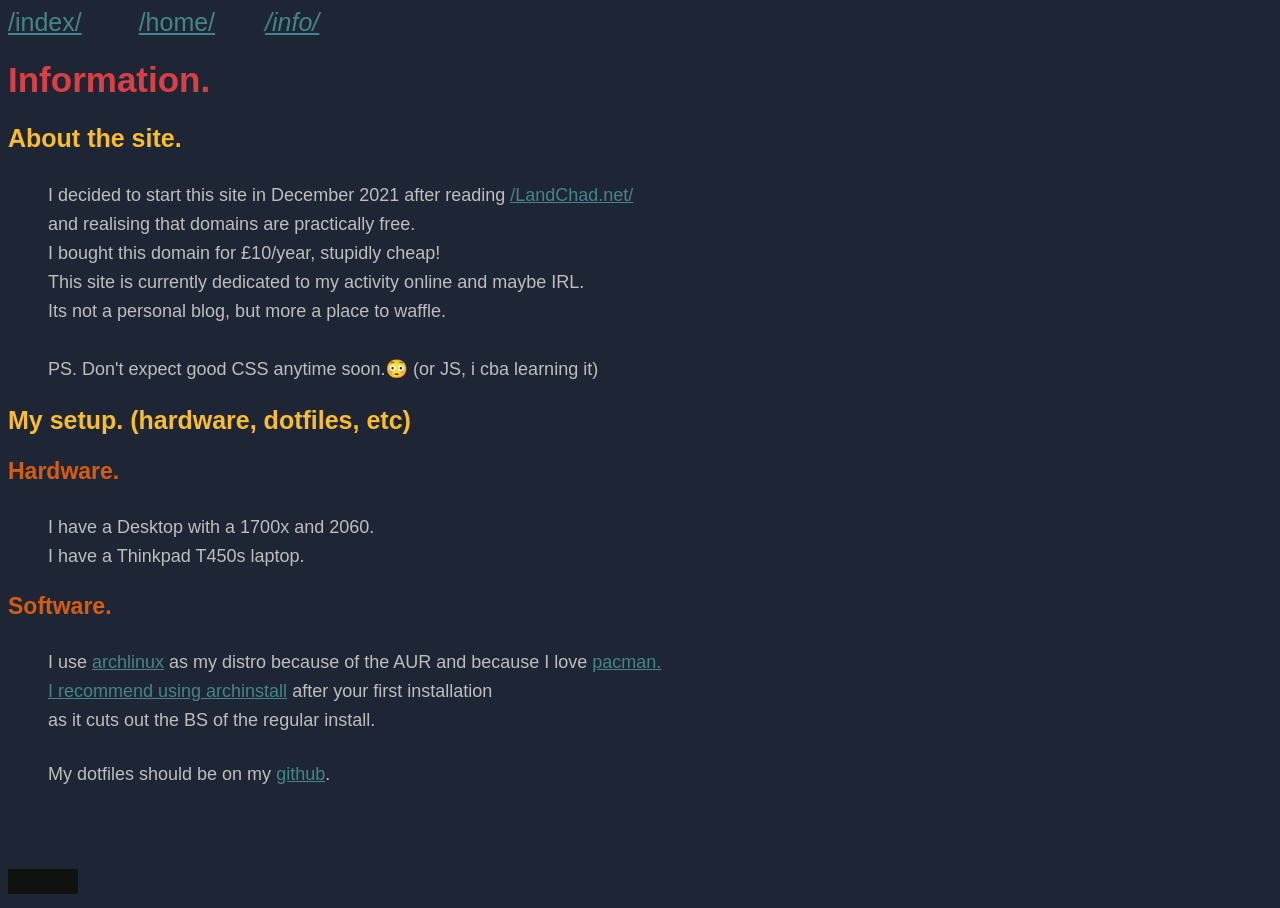
Repository: KieranCrossland/kierancrosslandxyz
Page: info.html
These files come from the project's save history. The page is drawn as it stood at one moment and after the next save; the edit follows.
The browser window is 1280 px wide. The pictures show the whole page.

Above is the page before, as saved 2022-06-19 02:23:28.

After the next save:
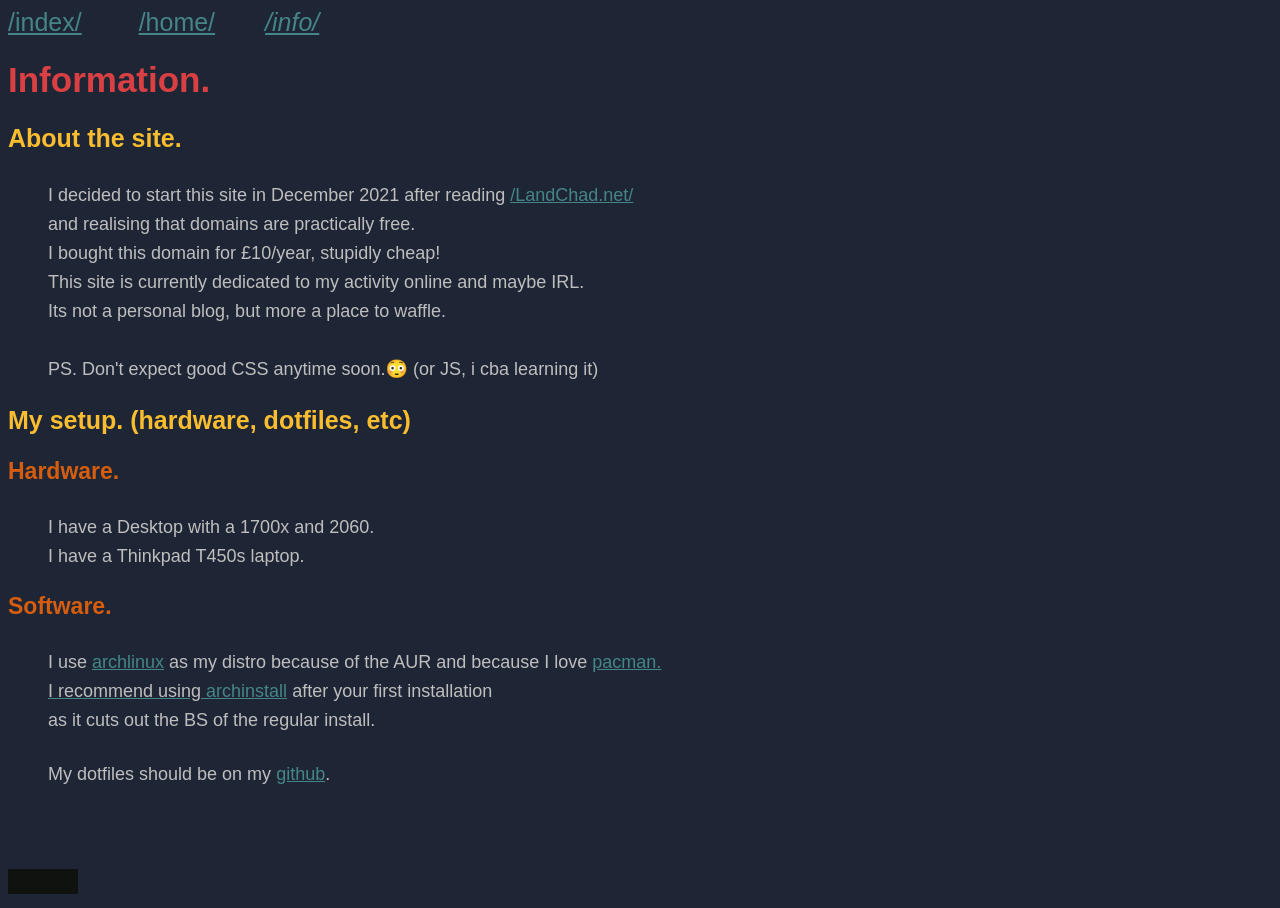
Saved 16 s later.
--- a/info.html
+++ b/info.html
@@ -85,7 +85,7 @@
 <ul><p1>I have a Desktop with a 1700x and 2060.<br>I have a Thinkpad T450s laptop.</p1></ul>
 
 <h3>Software.</h3>
-<ul><p1>I use <a href="https://archlinux.org/" target="_blank">archlinux</a> as my distro because of the AUR and because I love <a href="https://wiki.archlinux.org/title/Pacman" target="_blank">pacman.<br> I recommend using <a href="https://wiki.archlinux.org/title/Archinstall" target="_blank">archinstall</a> after your first installation<br>as it cuts out the BS of the regular install. </p1></ul>
+<ul><p1>I use <a href="https://archlinux.org/" target="_blank">archlinux</a> as my distro because of the AUR and because I love <a href="https://wiki.archlinux.org/title/Pacman" target="_blank">pacman.<br> <p1>I recommend using <a href="https://wiki.archlinux.org/title/Archinstall" target="_blank">archinstall</a> after your first installation<br>as it cuts out the BS of the regular install. </p1></ul>
 <ul><p1>My dotfiles should be on my <a href="https://github.com/kierancrossland" target="_blank">github</a>.</p1></ul>
 <br><br><a href="https://landchad.net" target="_blank">
  <img src="img/landchad.gif" width="70px" height="25x" alt=""/>

After the save that followed:
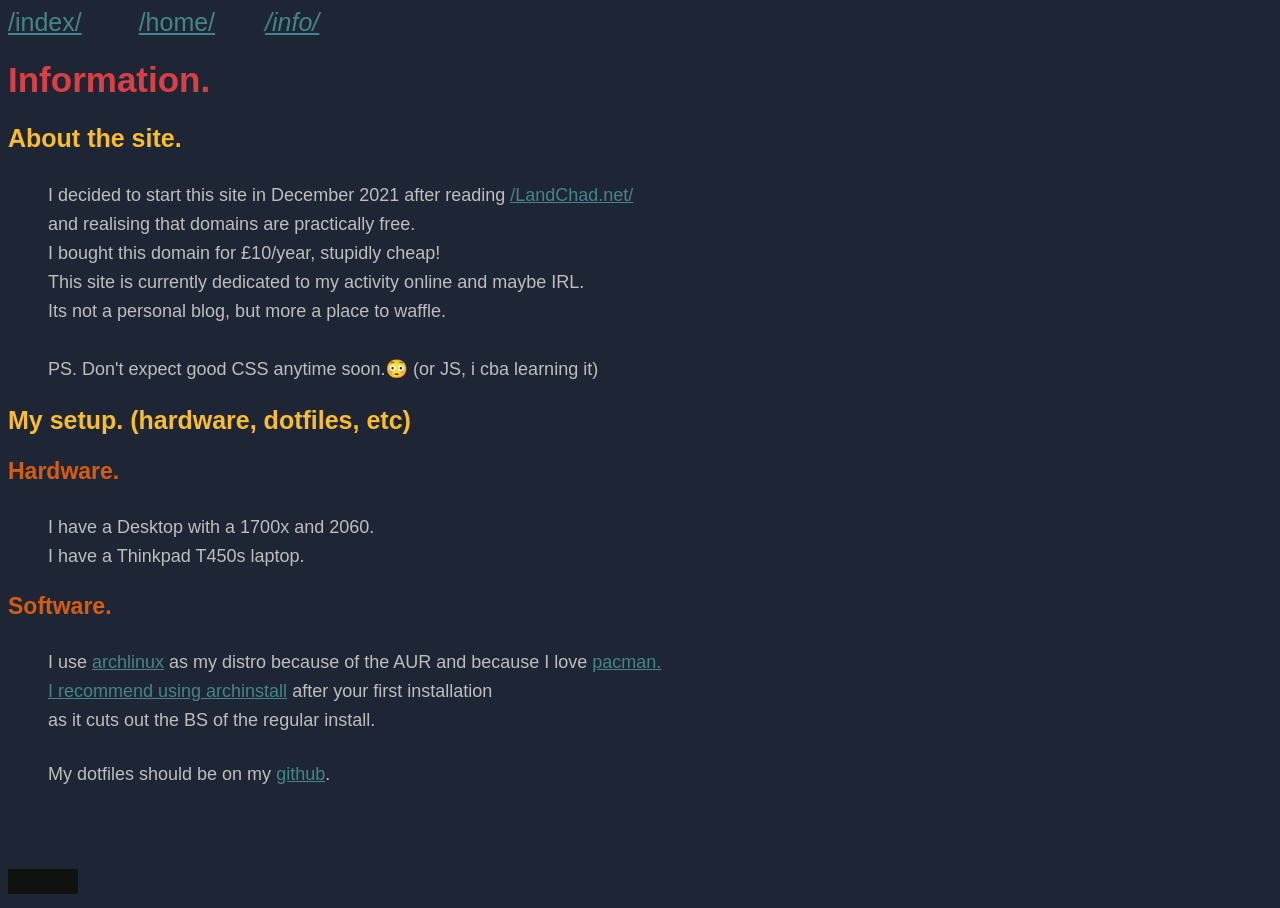
Saved 20 s later.
--- a/info.html
+++ b/info.html
@@ -85,7 +85,7 @@
 <ul><p1>I have a Desktop with a 1700x and 2060.<br>I have a Thinkpad T450s laptop.</p1></ul>
 
 <h3>Software.</h3>
-<ul><p1>I use <a href="https://archlinux.org/" target="_blank">archlinux</a> as my distro because of the AUR and because I love <a href="https://wiki.archlinux.org/title/Pacman" target="_blank">pacman.<br> <p1>I recommend using <a href="https://wiki.archlinux.org/title/Archinstall" target="_blank">archinstall</a> after your first installation<br>as it cuts out the BS of the regular install. </p1></ul>
+<ul><p1>I use <a href="https://archlinux.org/" target="_blank">archlinux</a> as my distro because of the AUR and because I love <a href="https://wiki.archlinux.org/title/Pacman" target="_blank">pacman.<br> I recommend using <a href="https://wiki.archlinux.org/title/Archinstall" target="_blank">archinstall</a> after your first installation<br>as it cuts out the BS of the regular install. </p1></ul>
 <ul><p1>My dotfiles should be on my <a href="https://github.com/kierancrossland" target="_blank">github</a>.</p1></ul>
 <br><br><a href="https://landchad.net" target="_blank">
  <img src="img/landchad.gif" width="70px" height="25x" alt=""/>
